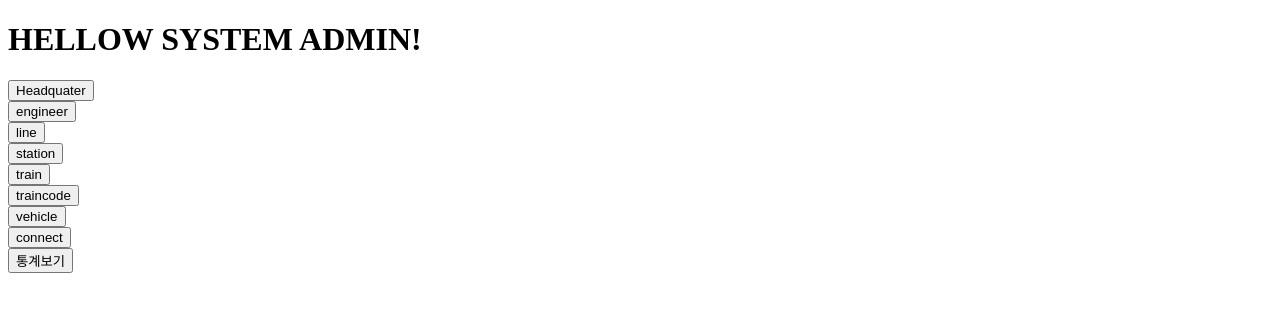
Repository: CISXO/JSP
Page: http://localhost/DB_Project/Sys_admin.jsp
The author's editor kept a copy of each file at every save. The page is drawn from the files as they stood at one save, then again after the next save.
The browser window is 1280 px wide. The pictures show the whole page.
The page is served by Tomcat 9.

Above is the page before, as saved 2022-12-21 09:54:47.

After the next save:
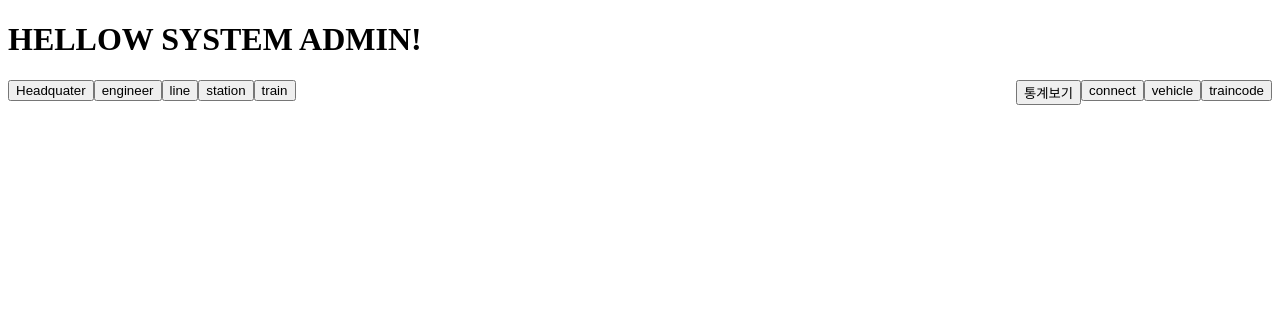
Saved 10 s later.
--- a/DbProject/DB_Project/src/main/webapp/Sys_admin.jsp
+++ b/DbProject/DB_Project/src/main/webapp/Sys_admin.jsp
@@ -6,12 +6,12 @@
 <meta charset="EUC-KR">
 <title>Insert title here</title>
 <style type="text/css">
-#loginButtonL{
+.loginButtonL{
 float:left;
 
 }
 
-#loginButtonR{
+.loginButtonR{
 float:right;
 
 }
